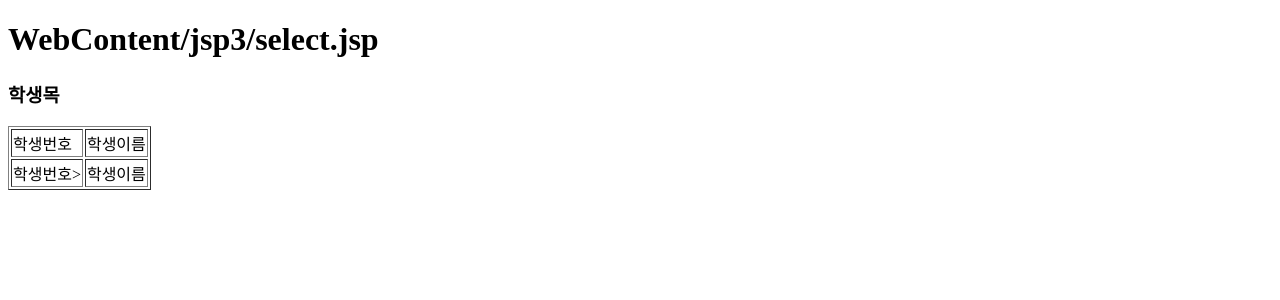
Repository: ReadStar/workspace_jsp
Page: http://localhost/StudyJSP/jsp3/select.jsp
These files come from the project's save history. The page is drawn as it stood at one moment and after the next save; the edit follows.
The browser window is 1280 px wide. The pictures show the whole page.
The page is served by Tomcat 9.

Above is the page before, as saved 2020-08-25 02:11:21.

After the next save:
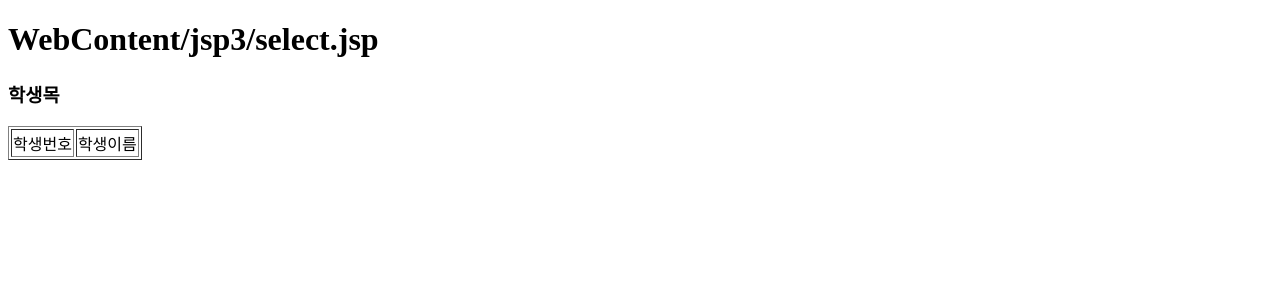
Saved 49 s later.
--- a/StudyJSP/WebContent/jsp3/select.jsp
+++ b/StudyJSP/WebContent/jsp3/select.jsp
@@ -42,7 +42,12 @@ ResultSet rs=pstmt.executeQuery();
 %>
 <table border="1">
 <tr><td>학생번호</td><td>학생이름</td></tr>
-<tr><td>학생번호></td><td>학생이름</td></tr>
+<%
+while(rs.next()){
+	%><tr><td>학생번호></td><td>학생이름</td></tr><%
+}
+%>
+
 </table>
 </body>
 </html>
